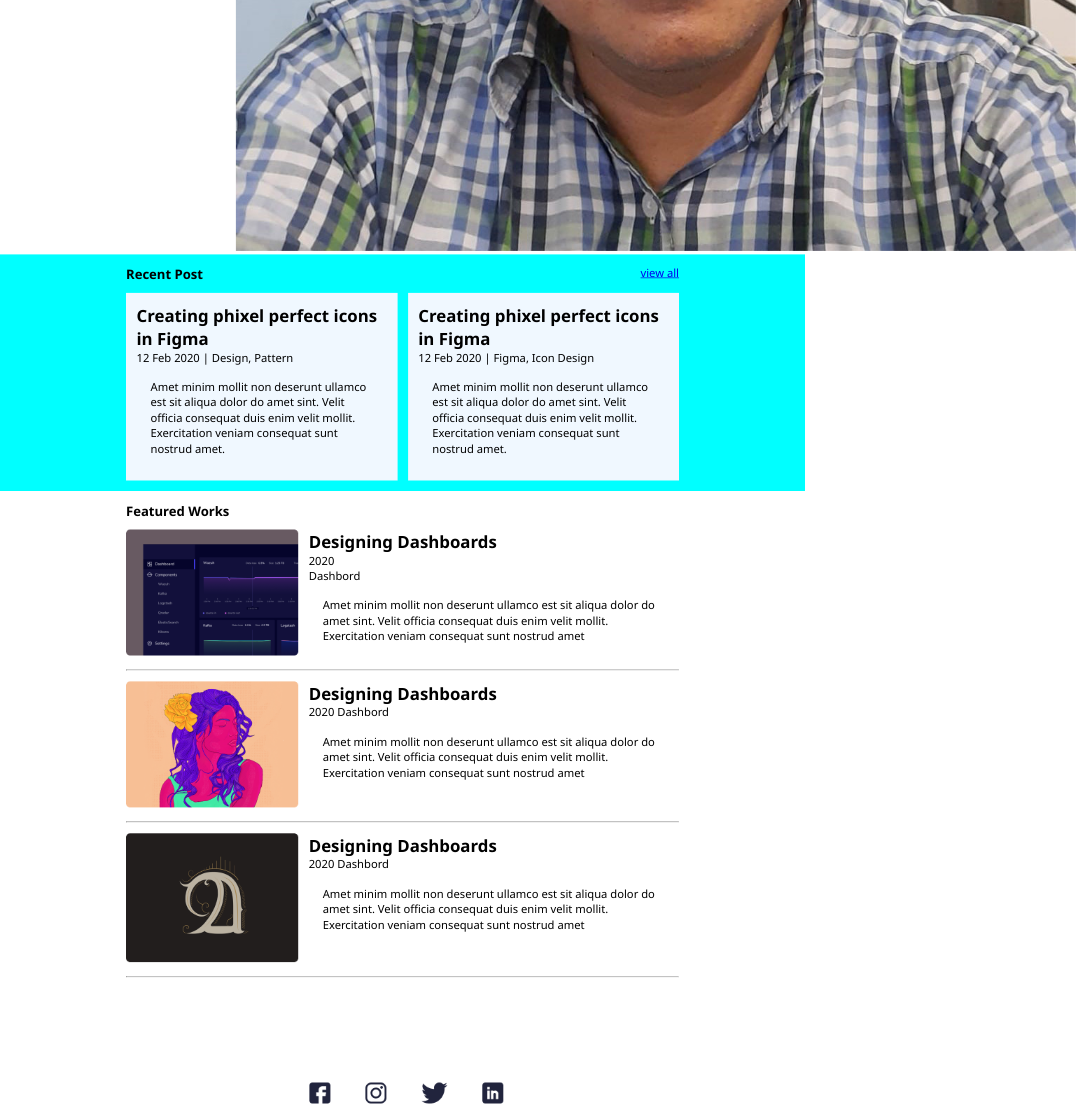
Repository: jafetdn73/portofolio
Page: index.html
An editor plug-in stored every save of this project. The page is shown before and after the next save, followed by the edit.
The browser window is 1280 px wide. The page is 1537 px wide, so the pictures cover 1537 px, including what lies to the right of the window. The pictures show the part of the page from y = 1038 to 2638 px (the page is 2662 px tall), at 70% of full size.

Above is the page before, as saved 2022-02-24 11:56:03.

### index.html
<!DOCTYPE html>
<html lang="en">
<head>
    <meta charset="UTF-8">
    <meta http-equiv="X-UA-Compatible" content="IE=edge">
    <meta name="viewport" content="width=device-width, initial-scale=1.0">
    <link rel="stylesheet" href="figma.css">
    <title>Belajar HTML CSS</title>
</head>
<body>
    <div class="container">
        <!-- Start Menu Bar -->
        <div class="menu-bar">
            <ul>
                <li>
                    Work
                </li>
                <li>
                    Blog
                </li>
                <li>
                    Contact
                </li>
            </ul>
        </div>
        <!-- Starr Hero -->
        <div class="hero">
            <div class="hero-text">
                <h1>Hi, I am Jafet,<br/>
                    Fullstack Engineer
                </h1>
                <p>
                    Amet minim mollit non deserunt ullamco est sit aliqua dolor do amet sint. Velit officia consequat duis enim velit mollit. Exercitation veniam consequat sunt nostrud amet.
                </p>
                <button>Download Resume</button>
            </div>
            <div class="hero-image">
                <img src="jafet.png"/>
            </div>
        </div>
        <!-- Start Post -->
        <div class="post">
            <div class="post-navi">
                <h3>Recent Post</h3>
                <a href="http://detik.com">view all</a>
            </div>
            <div class="post-content">
                <div class="post-content-detail">
                    <h2>Creating phixel perfect icons in Figma</h2>
                    <label>12 Feb 2020</label>
                    <label>|</label>
                    <label>Design, Pattern</label>
                    <p>
                        Amet minim mollit non deserunt ullamco est sit aliqua dolor do amet sint. Velit officia consequat duis enim velit mollit. Exercitation veniam consequat sunt nostrud amet.
                    </p>
                </div>
                <div class="post-content-detail">
                    <h2>Creating phixel perfect icons in Figma</h2>
                    <label>12 Feb 2020</label>
                    <label>|</label>
                    <label>Figma, Icon Design</label>
                    <p>
                        Amet minim mollit non deserunt ullamco est sit aliqua dolor do amet sint. Velit officia consequat duis enim velit mollit. Exercitation veniam consequat sunt nostrud amet.
                    </p>
                </div>
            </div>
        </div>
        <!-- Start Featured -->
        <div class="featured">
            <h3>Featured Works</h3>
            <div class="featured-detail">
                <div class="featured-image">
                    <img src="Rectangle 30.png"/>
                </div>
                <div class="featured-text">
                    <h2>Designing Dashboards</h2>
                    <div class="tahun"><label>2020</label></div>
                    <label>Dashbord</label>
                    <p>
                        Amet minim mollit non deserunt ullamco est sit aliqua dolor do amet sint. Velit officia consequat duis enim velit mollit. Exercitation veniam consequat sunt nostrud amet
                    </p>
                </div>
            </div>
            <hr/>
            <div class="featured-detail">
                <div class="featured-image">
                    <img src="Rectangle 32.png"/>
                </div>
                <div class="featured-text">
                    <h2>Designing Dashboards</h2>
                    <label>2020</label>
                    <label>Dashbord</label>
                    <p>
                        Amet minim mollit non deserunt ullamco est sit aliqua dolor do amet sint. Velit officia consequat duis enim velit mollit. Exercitation veniam consequat sunt nostrud amet
                    </p>
                </div>
            </div>
            <hr/>
            <div class="featured-detail">
                <div class="featured-image">
                    <img src="Rectangle 34.png"/>
                </div>
                <div class="featured-text">
                    <h2>Designing Dashboards</h2>
                    <label>2020</label>
                    <label>Dashbord</label>
                    <p>
                        Amet minim mollit non deserunt ullamco est sit aliqua dolor do amet sint. Velit officia consequat duis enim velit mollit. Exercitation veniam consequat sunt nostrud amet
                    </p>
                </div>
            </div>
            <hr/>
        </div>
        <!-- Start Social Media -->
        <div class="social-media"><img src="fb.png"/><img src="insta.png"/><img src="group.png"/><img src="linkedin.png"/></div>
        <div class="copyright">Copyright @2020 All right reserved</div>
    </div>
</body>
</html>

### figma.css
* {
    margin: 0;
    font-family:'Segoe UI', Tahoma, Geneva, Verdana, sans-serif
}

.container {
    width: 1150px;
}

.menu-bar {
    display: flex;
    justify-content: flex-end;
    margin-top: 20px;
}

.menu-bar ul li {
    display: inline;
    margin-right: 30px;
    font-size: 20px;
}

/* Start Hero */
.hero {
    display: flex;
    justify-content: space-around;
    margin-top: 150px;
    padding: 0 100px;
}

.hero-text {
    width: 450px;
}

.hero-text h1 {
    font-size: 44px;
    font-weight: 400px;
}

.hero-text p {
    font-size: 16px;
}

.hero-text h1, p, button
{
    margin: 20px;
}

.hero-text button {
    background-color: #FF6464;
    border-style: none;
    padding: 15px;
    font-size: 20px;
    color: white;
}

/* Start Post */
.post {
    background-color:aqua;
    padding:15px 180px;
}

.post-navi {
    display :flex;
    justify-content:space-between ;
}

.post-content {
    display: flex;
    margin-top: 15px;
    gap:15px;
}

.post-content-detail {
    background-color: aliceblue;
    padding:15px;
}

/* Start Featured */
.featured {
    margin : 15px 180px;
    gap:15px;
}

.featured-detail {
    display:flex;
    margin-top: 15px;
    margin-bottom: 15px;
}

.featured-image {
    margin-right: 15px;
}


.social-media{
    margin-top: 150px;
    margin-left: 180px;
    width: 800px;
    text-align: center;
    display: inline-flexbox;
}

.social-media img {
    margin-left:25px;
    margin-right:25px;
}

.copyright {
    margin-top: 20px;
    margin-left: 180px;
    width: 800px;
    text-align: center;
}

After the next save:
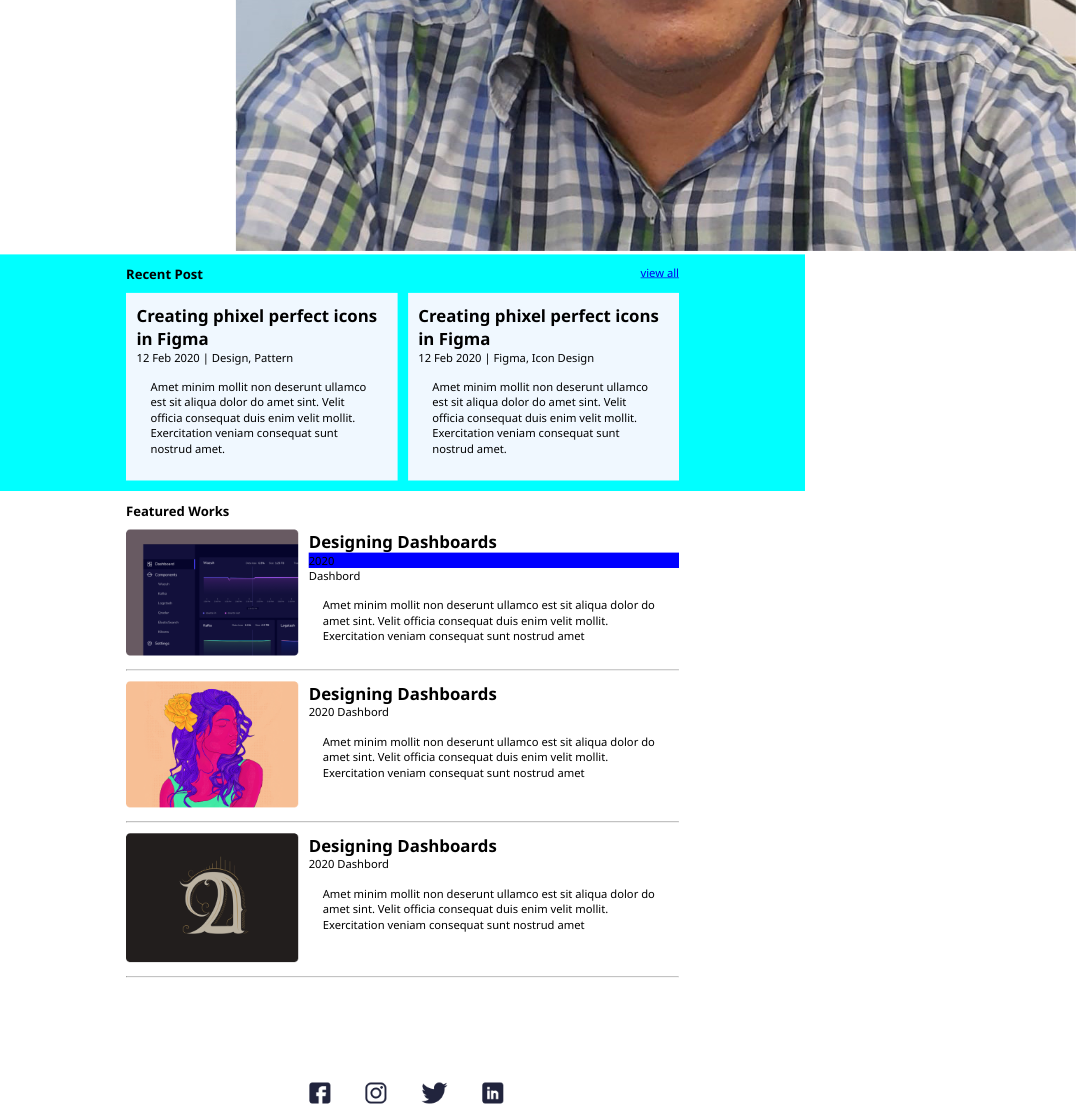
Saved 32 s later.
--- a/figma.css
+++ b/figma.css
@@ -111,3 +111,7 @@
     width: 800px;
     text-align: center;
 }
+
+.tahun {
+    background-color: blue;
+}

After the save that followed:
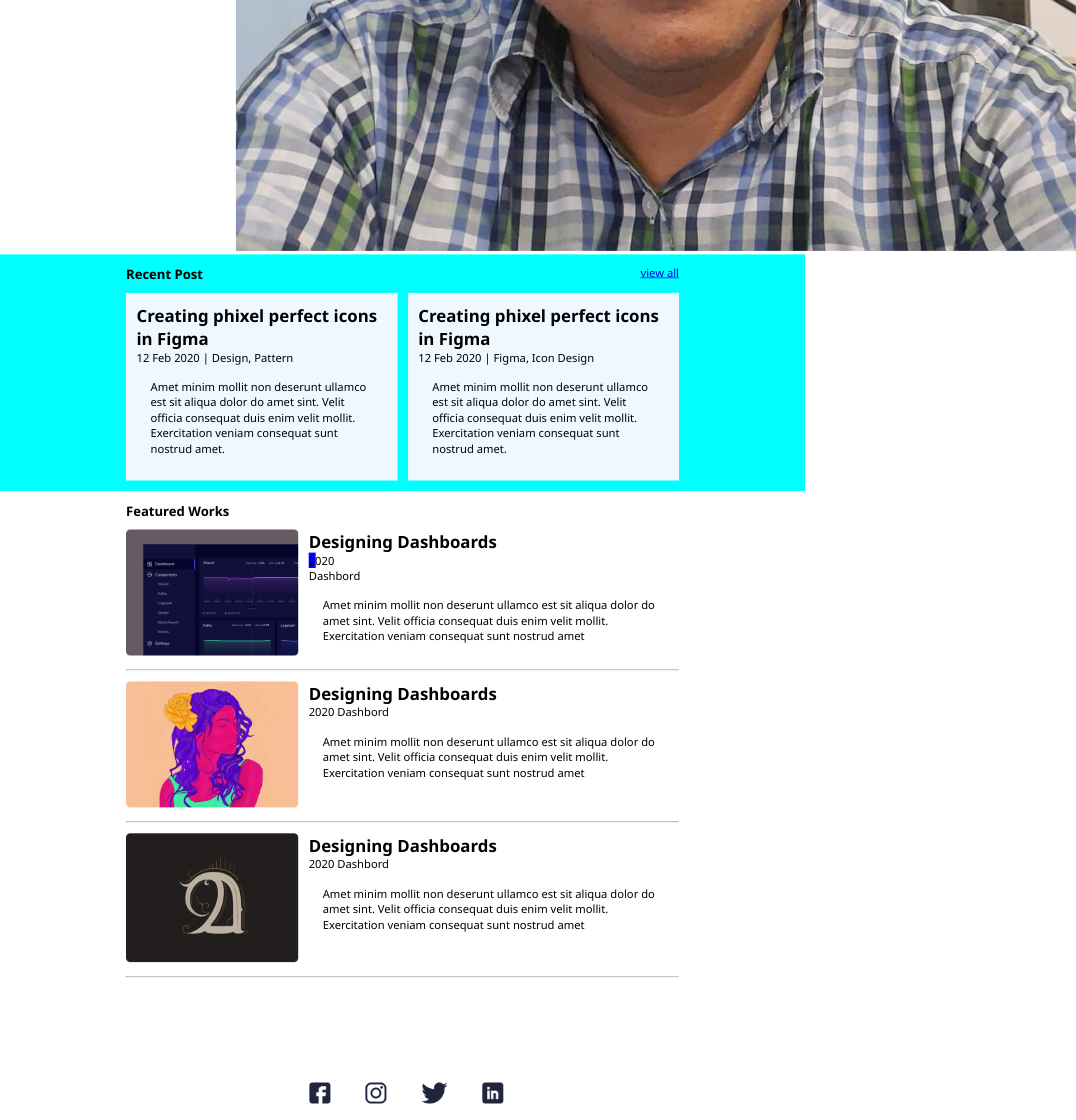
Saved 74 s later.
--- a/figma.css
+++ b/figma.css
@@ -114,4 +114,5 @@
 
 .tahun {
     background-color: blue;
+    width: 10px;
 }
